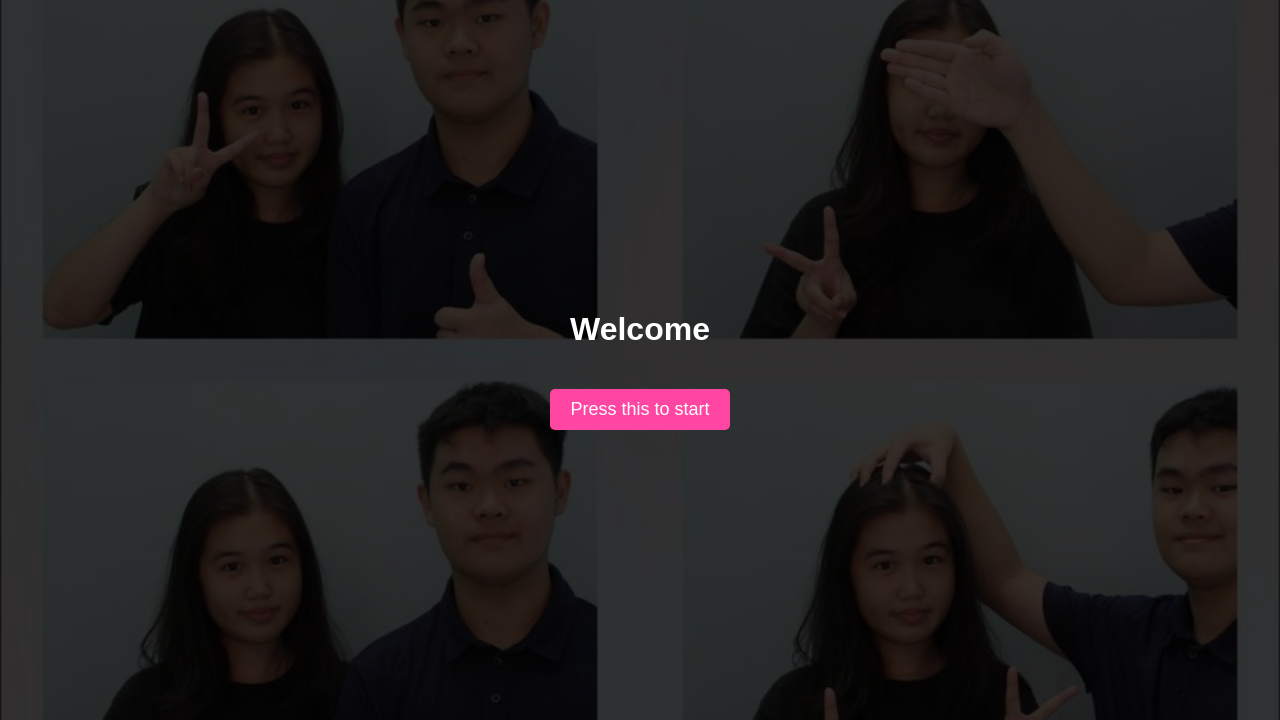
Repository: SnakeXrnt/project-cnf
Page: index.html
An editor plug-in stored every save of this project. The page is shown before and after the next save, followed by the edit.
The browser window is 1280 px wide. The pictures show the whole page.
Some web fonts or font styles are not loaded; a fallback is used.

Above is the page before, as saved 2024-06-22 15:48:39.

After the next save:
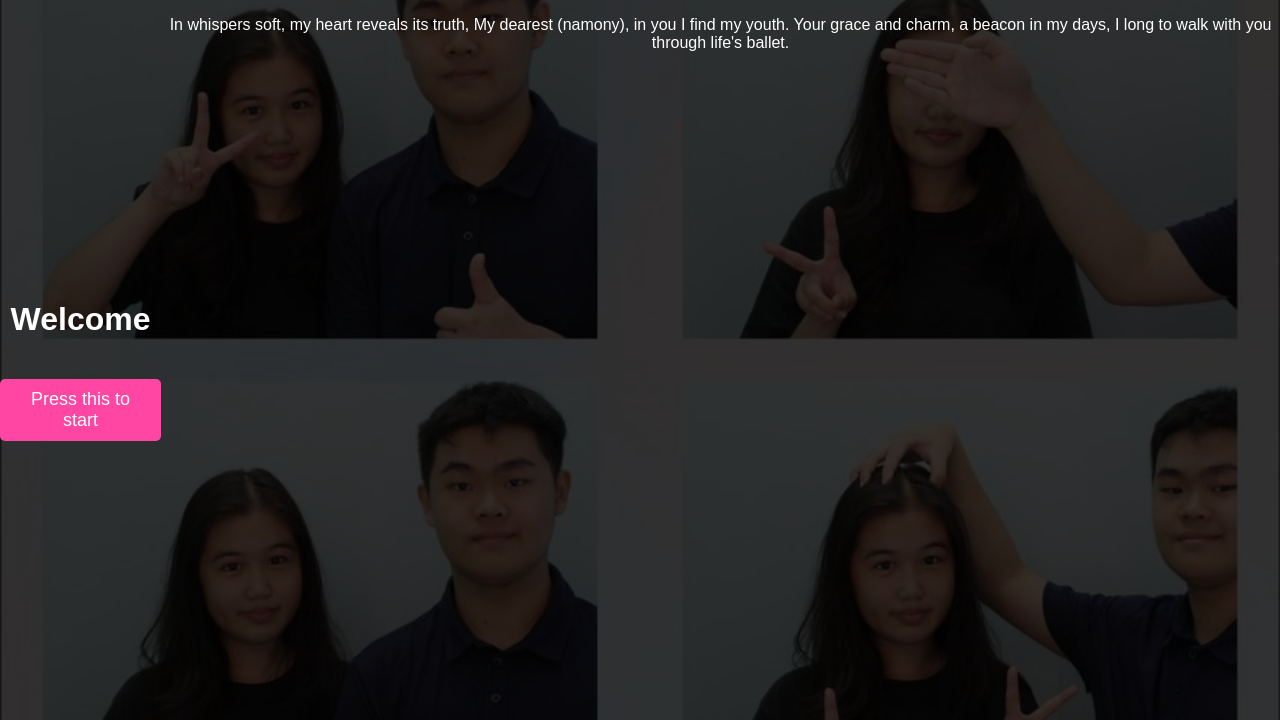
Saved 25 s later.
--- a/index.html
+++ b/index.html
@@ -47,7 +47,10 @@
     </div>
 
     <div class="filling3">
-
+        <p>In whispers soft, my heart reveals its truth,
+            My dearest (namony), in you I find my youth.
+            Your grace and charm, a beacon in my days,
+            I long to walk with you through life's ballet.</p>
     </div>
 
     <audio id="background-music" src="music.mp3"></audio>
